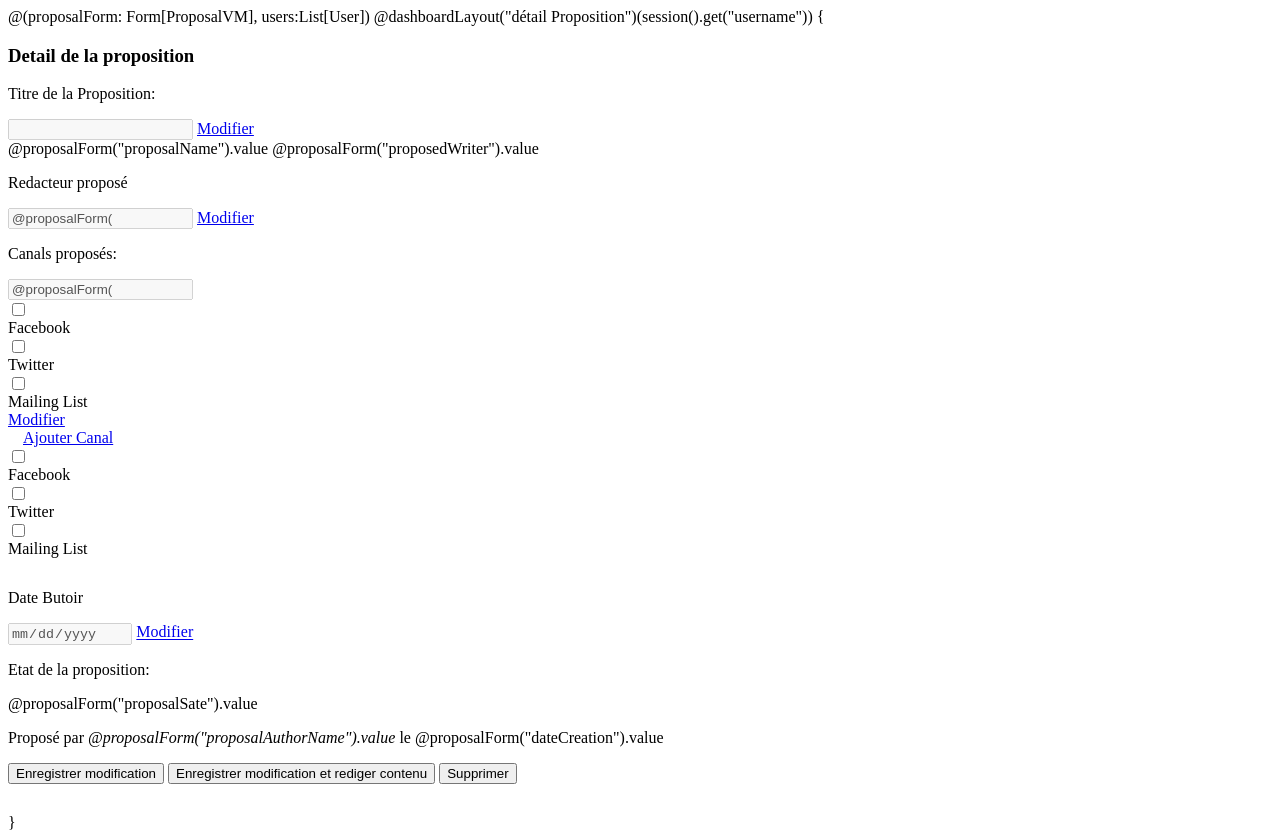
Repository: spirale-software/labo_master
Page: Application/oneDotCom/app/views/proposalDetail.scala.html
An editor plug-in stored every save of this project. The page is shown before and after the next save, followed by the edit.
The browser window is 1280 px wide. The pictures show the whole page.

Above is the page before, as saved 2017-04-11 15:47:40.

After the next save:
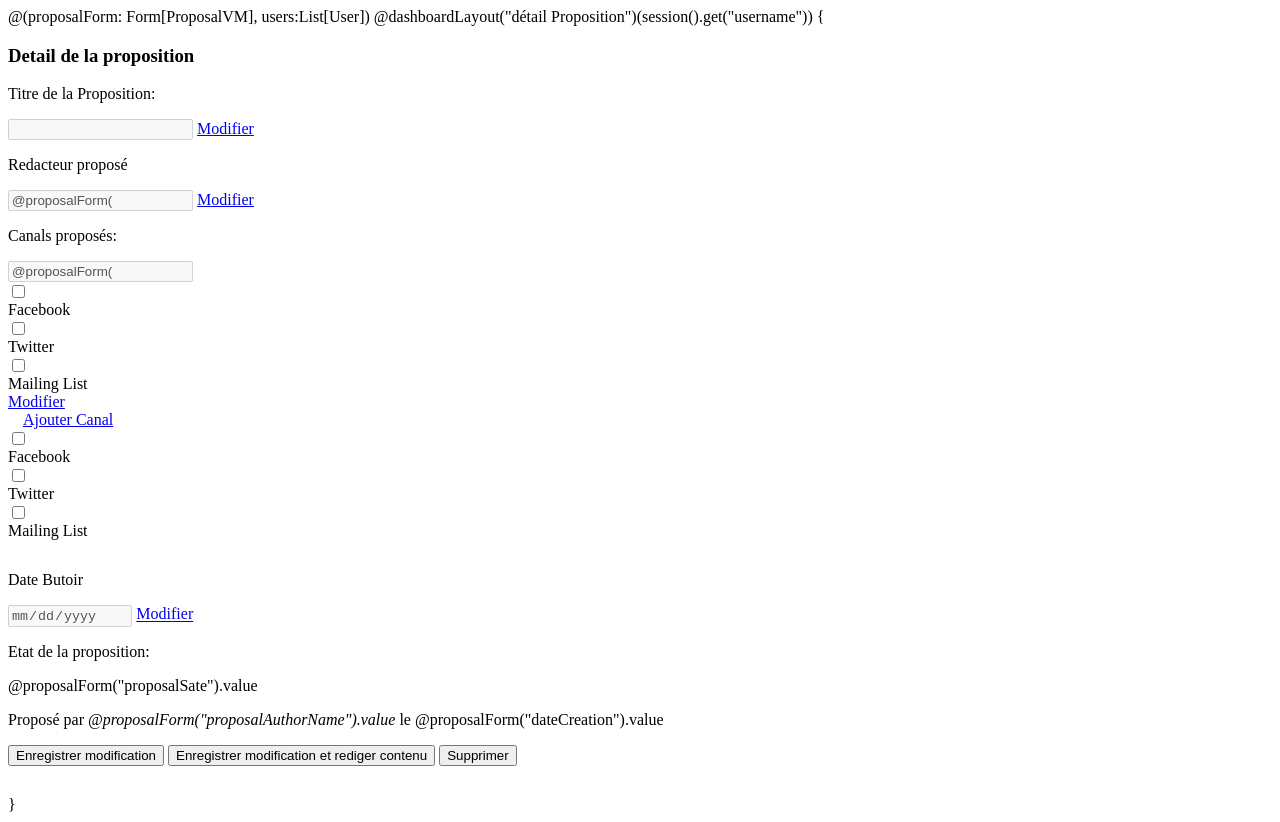
Saved 30 s later.
--- a/Application/oneDotCom/app/views/proposalDetail.scala.html
+++ b/Application/oneDotCom/app/views/proposalDetail.scala.html
@@ -18,8 +18,7 @@
                             <a class="col-lg-3 col-md-3 " href="#" onclick ="enabledTitleEdition()">Modifier</a>
                         </div>
                     </div>
-	@proposalForm("proposalName").value
-	@proposalForm("proposedWriter").value
+
                     <div class="panel panel-default">
                         <div class="panel-body">
 
